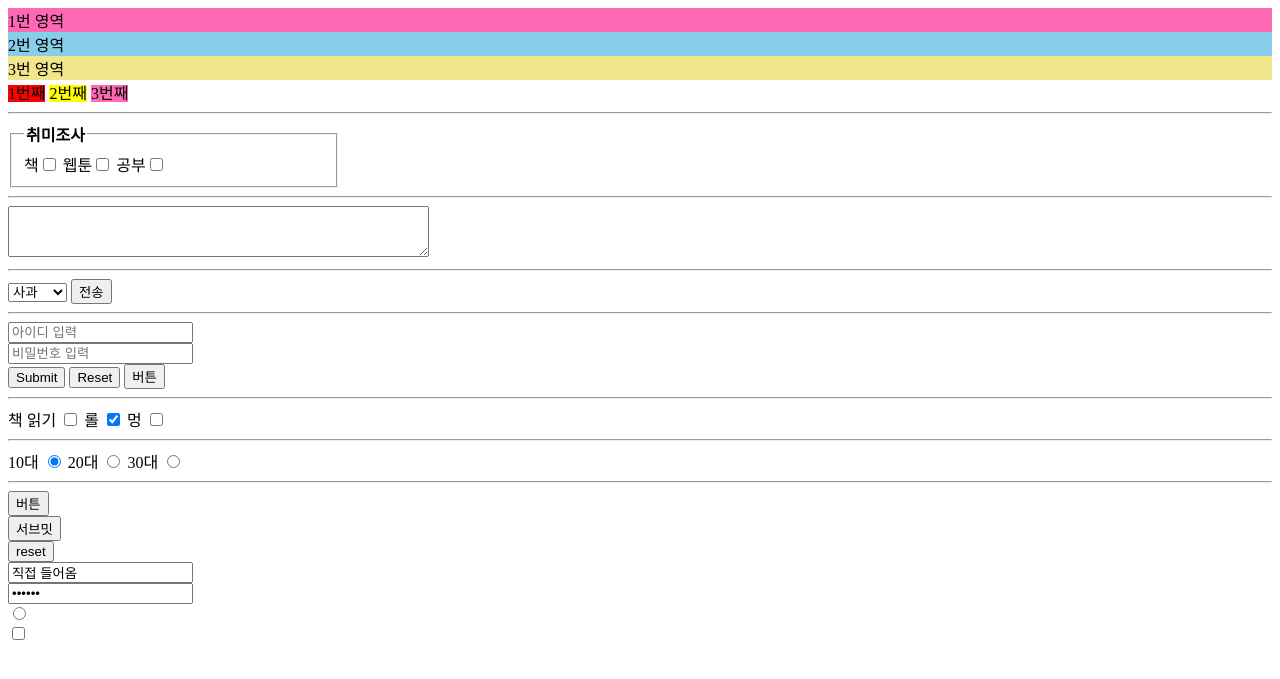
Repository: basstpgns/20201029html
Page: jsp/html/test02.html
These files come from the project's save history. The page is drawn as it stood at one moment and after the next save; the edit follows.
The browser window is 1280 px wide. The pictures show the whole page.

Above is the page before, as saved 2020-10-30 01:49:25.

After the next save:
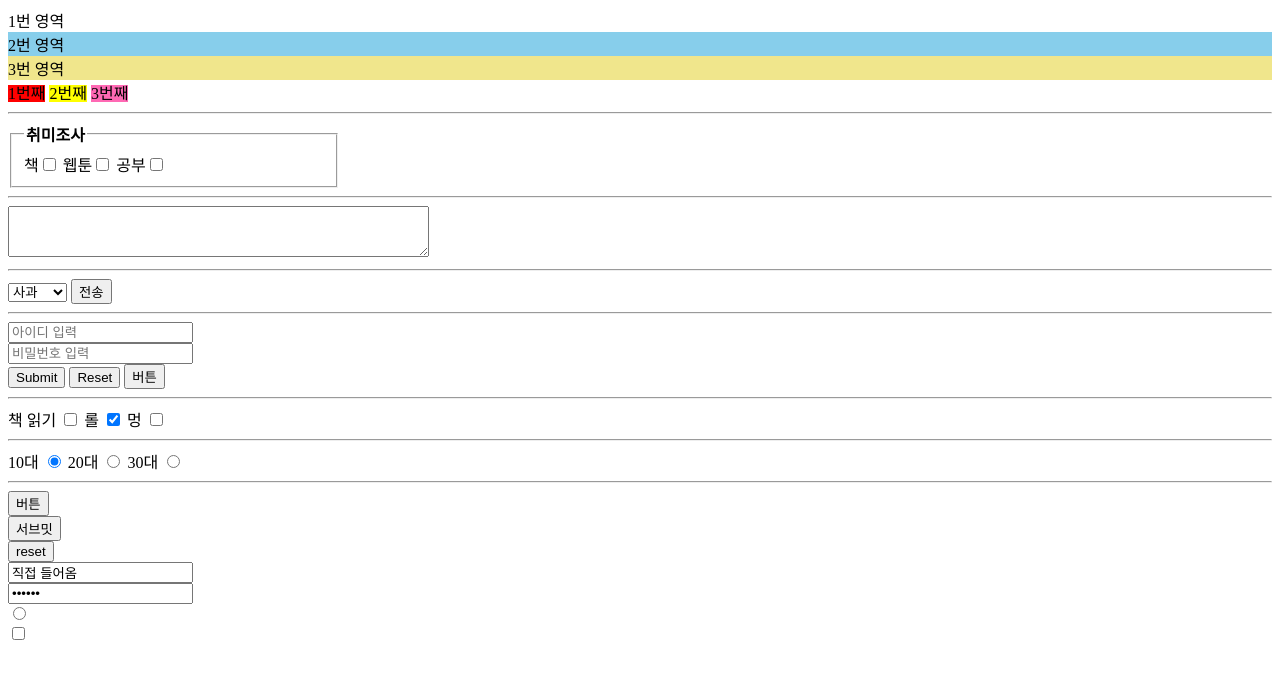
Saved 112 s later.
--- a/jsp/html/test02.html
+++ b/jsp/html/test02.html
@@ -5,10 +5,13 @@
 <title>Insert title here</title>
 </head>
 <body>
-	<div style="background-color: hotpink;">1번 영역</div><!-- 블록 단위로 구분 -->
+	<div>
+		1번 영역
+		<span style="background-color: gold;"></span>
+	</div><!-- 블록 단위로 구분 -->
 	<div style="background-color: skyblue;">2번 영역</div>
 	<div style="background-color: khaki;">3번 영역</div>
-	<span style="background-color: red">1번째</span>
+	<span style="background-color: red">1번째</span><!-- 인라인 방식 -->
 	<span style="background-color: yellow">2번째</span>
 	<span style="background-color: hotpink">3번째</span>
 	<hr>
